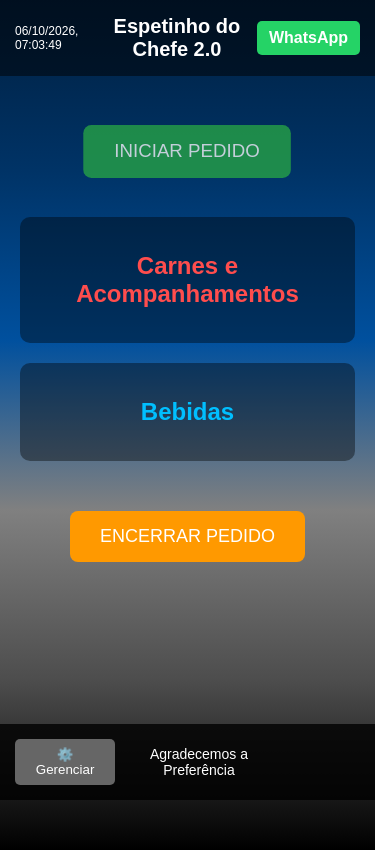
Repository: JeffRodFer/skewersOrder
Page: frontend/index.html
These files come from the project's save history. The page is drawn as it stood at one moment and after the next save; the edit follows.
The browser window is 375 px wide. The pictures show the whole page.
The page's requests for data from a server got no answer.

Above is the page before, as saved 2026-10-10 01:34:30.

After the next save:
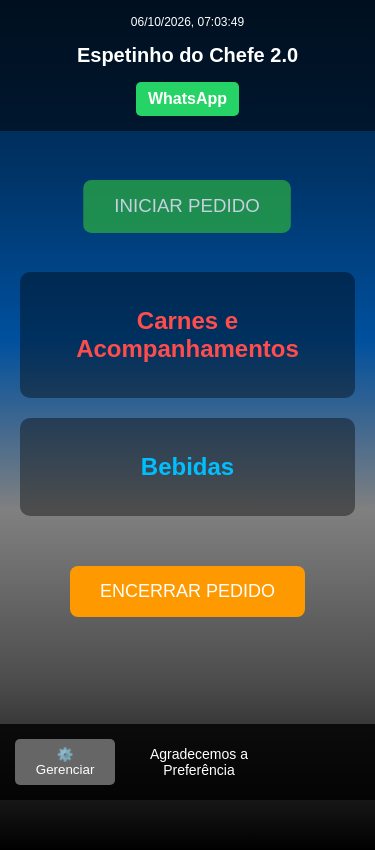
Saved 8 min 22 s later.
--- a/frontend/style.css
+++ b/frontend/style.css
@@ -20,6 +20,22 @@ header {
     position: sticky;
     top: 0;
     z-index: 100;
+
+    /* ADICIONA ESTAS DUAS LINHAS: */
+    flex-wrap: wrap; /* Permite que os elementos desçam de linha se faltar espaço */
+    gap: 15px;       /* Garante um espaço de 15px entre elementos, mesmo que desçam de linha */
+}
+
+/* ========================================== */
+/* Ajuste Fino para Telemóveis (Opcional mas recomendado) */
+/* ========================================== */
+@media (max-width: 600px) {
+    header {
+        /* Num ecrã pequeno, força tudo a ficar no centro, um debaixo do outro */
+        flex-direction: column;
+        justify-content: center;
+        text-align: center;
+    }
 }
 
 .relogio {
